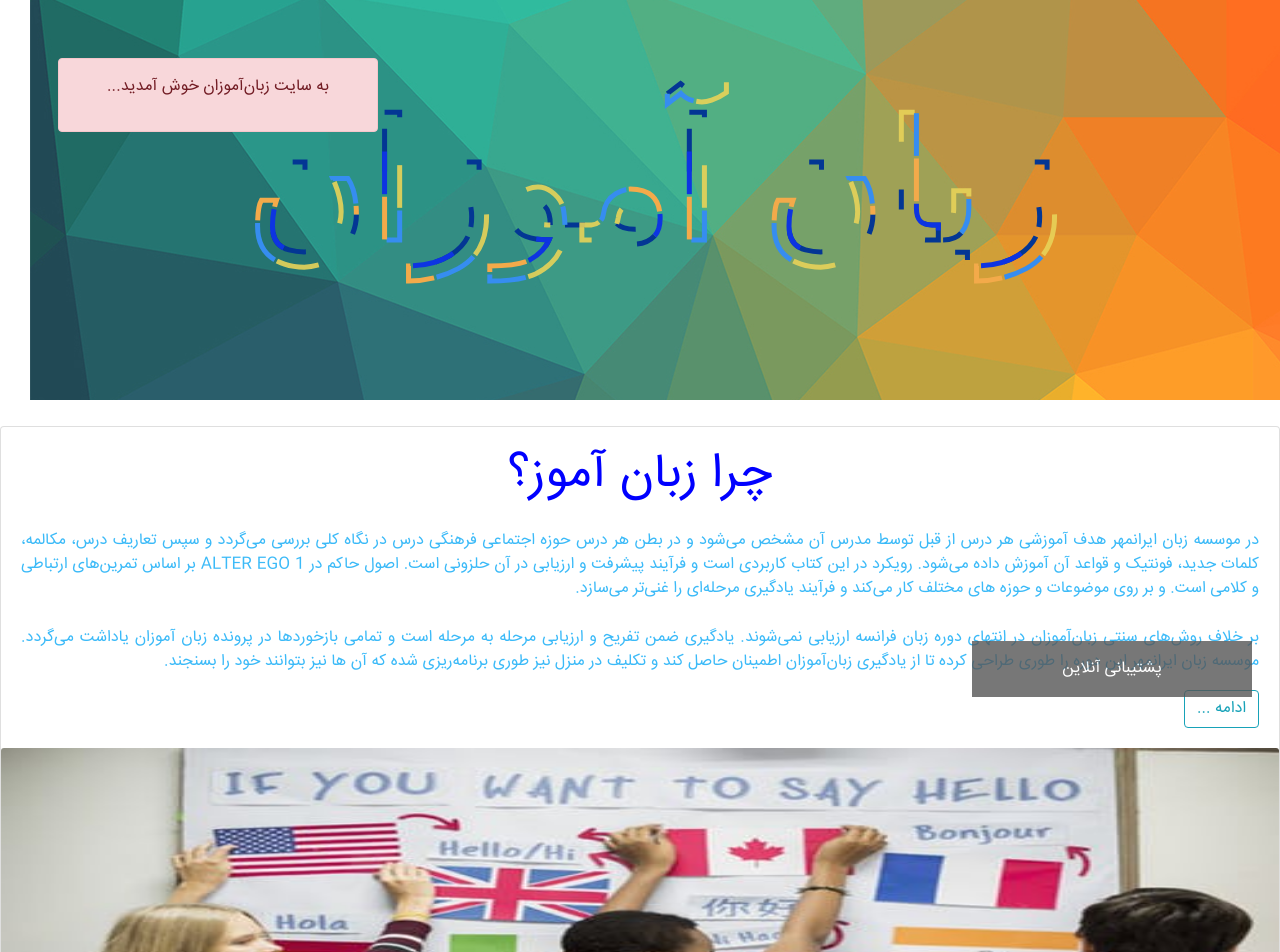
Repository: nikmahla/ZabanAmozan
Page: LanguageWebSite.html
These files come from the project's save history. The page is drawn as it stood at one moment and after a run of saves; the edit follows.
The browser window is 1280 px wide. The pictures show the part of the page from y = 0 to 952 px (the page is 3961 px tall).
A picture or video elsewhere on the page could not be fetched, so the positions and the page height are approximate.

Above is the page before, as saved 2019-10-11 21:58:59.

### LanguageWebSite.html
<html lang="en">

<head>
    <meta charset="UTF-8">
    <meta name="viewport" content="width=device-width, initial-scale=1.0">
    <meta http-equiv="X-UA-Compatible" content="ie=edge">
    <link rel="stylesheet" href="css/bootstrap.css">
    <link rel="stylesheet" href="css/stylesheet.css">
    <link rel="shortcut icon" href="images/fav.jpg" title="favicon">
    <script src="jquery.min.js"></script>
    <title>Learn New Language</title>
</head>

<body class="container-fluid">

    <div class="row bg-image">
        <svg viewBox="0 0 960 300">
            <symbol id="s-text">
                <text text-anchor="middle" x="50%" y="80%"> زبان آموزان</text>
            </symbol>

            <g class="g-ants">
                <use xlink:href="#s-text" class="text-copy"></use>
                <use xlink:href="#s-text" class="text-copy"></use>
                <use xlink:href="#s-text" class="text-copy"></use>
                <use xlink:href="#s-text" class="text-copy"></use>
                <use xlink:href="#s-text" class="text-copy"></use>
            </g>
        </svg>
    </div>

    <div id="alert" class="alert alert-danger p-3 m-5">
        <p class="text-center">به سایت زبان‌آموزان خوش آمدید...</p>
    </div>

    <div class="row">
        <div class="card  " style="margin-top: 2%">
            <div class="card-body">
                <h5 class="card-title card-title-me"> چرا زبان آموز؟ </h5>
                <p class="card-body-me">در موسسه زبان ایرانمهر هدف آموزشی هر درس از قبل توسط مدرس آن مشخص می‌شود و در
                    بطن هر
                    درس حوزه اجتماعی فرهنگی درس در نگاه کلی بررسی می‌گردد و سپس تعاریف درس، مکالمه، کلمات جدید، فونتیک و
                    قواعد آن آموزش داده می‌شود. رویکرد در این کتاب کاربردی است و فرآیند پیشرفت و ارزیابی در آن حلزونی
                    است.
                    اصول حاکم در ALTER EGO 1 بر اساس تمرین‌های ارتباطی و کلامی است. و بر روی موضوعات و حوزه های مختلف
                    کار
                    می‌کند و فرآیند یادگیری مرحله‌‌ای را غنی‌تر می‌سازد.</p>
                <p class="card-body-me">
                    بر خلاف روش‌های سنتی زبان‌آموزان در انتهای دوره زبان فرانسه ارزیابی نمی‌شوند. یادگیری ضمن تفریح و
                    ارزیابی مرحله به مرحله است و تمامی بازخوردها در پرونده زبان آموزان یاداشت می‌گردد. موسسه زبان
                    ایرانمهر
                    این دوره را طوری طراحی کرده تا از یادگیری زبان‌آموزان اطمینان حاصل کند و تکلیف در منزل نیز طوری
                    برنامه‌ریزی شده که آن ها نیز بتوانند خود را بسنجند.
                </p>
                <button type="button" class="btn btn-outline-info">ادامه ...</button>

            </div>
            <img src="./images/fl031.jpg" class="card-img-top card-img" alt="">
        </div>
    </div>


    <div class="row ">
        <div class="col-md-6">
            <div class="videoplay ">
                <video class="img-fluid" autoplay="" loop="" playsinline="" muted="">
                    <source type="video/mp4" src="images/class03.mp4">
                </video>
            </div>
        </div>
        <div class="col-md-6 ">
            <h3 class="text-class">
                1.زمان مد نظرتو انتخاب کن
            </h3>
        </div>
    </div>

    <div class="row ">
        <div class="col-md-6 ">
            <h3 class="text-class">
                2.کلاستو انتخاب کن
            </h3>
        </div>
        <div class="col-md-6">
            <div class="videoplay ">
                <video class="img-fluid" autoplay="" loop="" playsinline="" muted="">
                    <source type="video/mp4" src="images/class031.mp4">
                </video>
            </div>
        </div>
    </div>

    <div class="row ">
        <div class="col-md-6">
            <div class="videoplay ">
                <video class="img-fluid" autoplay="" loop="" playsinline="" muted="">
                    <source type="video/mp4" src="images/class033.mp4">
                </video>
            </div>
        </div>
        <div class="col-md-6 ">
            <h3 class="text-class">
                3. برو کلاس
            </h3>
        </div>
    </div>

    <div class="row" style="margin-top:2% ">
        <div class="card card-box" style="width:30%">
            <img class="card-img-top" src="./images/cl8.jpg" alt="Card image">
            <div class="card-body">
                <h4 class="card-title">دوره های آموزش زبان فرانسه متوسطه بزرگسالان</h4>
                <p class="card-text">دوره های فشرده نیمه گروهی ( 6 تا 8 نفره )</p>
                <a href="#" class="btn btn-primary">مشاهده</a>
            </div>
        </div>

        <div class="card card-box" style="width:30%">
            <img class="card-img-top" src="./images/cl9.jpg" alt="Card image">
            <div class="card-body">
                <h4 class="card-title">دوره آموزش زبان فرانسه پیش متوسطه کودکان</h4>
                <p class="card-text">دوره زبان فرانسه پیش متوسطه کودکان (+A2)</p>
                <a href="#" class="btn btn-primary">مشاهده</a>
            </div>
        </div>

        <div class="card card-box" style="width:30%">
            <img class="card-img-top" src="./images/cl10.jpg" alt="Card image">
            <div class="card-body">
                <h4 class="card-title">دوره زبان فرانسه پیشرفته بزرگسالان</h4>
                <p class="card-text">دوره زبان فرانسه پیش متوسطه</p>
                <a href="#" class="btn btn-primary">مشاهده</a>
            </div>
        </div>
    </div>



    <div class="row bg">
        <h3 class="h1-list" data-shadow='dang!'>کلاسهای پاییز</h3>
    </div>



    <table class="table table-hover table-me">
        <thead>
            <tr>
                <th scope="col">#</th>
                <th scope="col">روزهای هفته</th>
                <th scope="col">کلاس</th>
                <th scope="col">استاد</th>
                <th> انتخاب</th>
            </tr>
        </thead>
        <tbody>
            <tr>
                <th scope="row">1</th>
                <td>شنبه</td>
                <td>زبان فرانسه</td>
                <td>دکتر رضایی</td>
                <td>
                    <button type="button" class="btn btn-outline-warning">مشاهده</button>
                </td>


            </tr>
            <tr>
                <th scope="row">2</th>
                <td>یکشنبه</td>
                <td>زبان فرانسه</td>
                <td>دکتر رضایی</td>
                <td>
                    <button type="button" class="btn btn-outline-warning">مشاهده</button>
                </td>

            </tr>
            <tr>
                <th scope="row">3</th>
                <td>دوشنبه</td>
                <td>زبان فرانسه</td>
                <td>دکتر رضایی</td>
                <td>
                    <button type="button" class="btn btn-outline-warning">مشاهده</button>
                </td>

            </tr>
            <tr>
                <th scope="row">4</th>
                <td>سه شنبه</td>
                <td>زبان فرانسه</td>
                <td>دکتر رضایی</td>
                <td>
                    <button type="button" class="btn btn-outline-warning">مشاهده</button>
                </td>
            </tr>
            <tr>
                <th scope="row">5</th>
                <td>چهارشنبه</td>
                <td>زبان فرانسه</td>
                <td>دکتر رضایی</td>
                <td>
                    <button type="button" class="btn btn-outline-warning">مشاهده</button>
                </td>
            </tr>
            <tr>
                <th scope="row">6</th>
                <td>پنجشنبه</td>
                <td>زبان فرانسه</td>
                <td>دکتر رضایی</td>
                <td>
                    <button type="button" class="btn btn-outline-warning">مشاهده</button>
                </td>

            </tr>
            <tr>
                <th scope="row">7</th>
                <td>جمعه</td>
                <td>زبان فرانسه</td>
                <td>دکتر رضایی</td>
                <td>
                    <button type="button" class="btn btn-outline-warning">مشاهده</button>
                </td>

            </tr>
        </tbody>
    </table>


    <button class="open-button" onclick="openForm()">پشتیبانی آنلاین</button>

    <div class="chat-popup" id="myForm">
        <form action="/action_page.php" class="form-container">
            <h5 class="text-right"> پشتیبانی زبان‌آموزان </h5>

            <label for="msg"><b> در خدمت شماست:</b></label>
            <textarea placeholder="متن ارسالی ..." name="msg" required></textarea>

            <button type="submit" class="btn">ارسال</button>
            <button type="button" class="btn cancel" onclick="closeForm()">بستن</button>
        </form>
    </div>



    <footer class="footer container-fluid">
        <div class="footer-middle">
            <div class="">
                <div class="row">
                    <div class="col-md-6 col-sm-6  ">

                        <div class="footer-pad">
                            <h4>راه های ارتباطی</h4>
                            <ul class="list-unstyled">
                                <li><a href="#"></a></li>
                                <li><a href="#">شماره تماس</a></li>
                                <li><a href="#">مشاوره حضوری</a></li>
                                <li><a href="#">ادرس ایمیل</a></li>
                                <li><a href="#">شبکه اجتماعی</a></li>

                            </ul>
                        </div>
                    </div>


                    <div class="col-md-6 col-sm-6 ">

                        <div class="footer-pad">
                            <h4> خواندیها برای شما</h4>
                            <ul class="list-unstyled">
                                <li><a href="#"> معرفی دیشکنری </a></li>
                                <li><a href="#">معرفی فیلم</a></li>
                                <li><a href="#">معرفی نرم افزار</a></li>
                                <li><a href="#">معرفی داستان</a></li>
                                <li><a href="#">معرفی سایت</a></li>
                                <li>
                                    <a href="#"></a>
                                </li>
                            </ul>
                        </div>
                    </div>

                </div>
                <div class="row">
                    <div class="col-md-12 copy">
                        <p class="text-center">&copy; حقوق مادی و معنوی سایت محفوظ است.</p>
                    </div>
                </div>


            </div>
        </div>
    </footer>

    <script >
        function openForm() {
            document.getElementById("myForm").style.display = "block";
        }

        function closeForm() {
            document.getElementById("myForm").style.display = "none";
        }
        $(document).ready(function () {
            setTimeout(function () {
                $('#alert').slideDown('slow');
            }, 3000);
        })
    </script>

</body>

</html>

### css/stylesheet.css
@font-face {
    font-family: 'iransans';
    src: url('../fonts/iransans_medium.woff2') format('woff2');
    font-weight: bold;
}

@font-face {
    font-family: 'iransans';
    src: url('../fonts/iransans_regular.woff2') format('woff2');
    font-weight: normal;
}

@font-face {
    font-family: 'iransans';
    src: url('../fonts/iransans_ultralight.woff2') format('woff2');
    font-weight: 200;
}

body {
    direction: rtl;
    text-align: right;
    margin: 0;
    font-family: 'iransans', tahoma;
}

* {
    box-sizing: border-box;
}

.videoplay {
    margin-top: 20%;
    min-width: 100%;
    min-height: 100%;
}

.text-class {
    margin-top: 45% !important;
    text-align: center;
    color: #3bbaf8
}

.bg-image {
    background-image: url('../images/bgh.png');
    height: 25rem;
    width: 100%;
}

.header-text {
    background: #8383e2;
}

.card-text {
    text-align: center;
    color: #115374;
    margin-top: 2%;
}

.card-btn {
    margin-top: 2%;
    color: blue;
}

.card-box {
    margin: 1%;
    padding: 1%;
    text-align: center;
}

.card-title-me {
    text-align: center;
    color: blue;
    font-size: 3rem;
}

.card-body-me {
    color: #3bbaf8;
    margin-top: 2%;
    text-align: justify;
}

.card-img {
    height: 25rem;
}

svg {
    display: block;
    font: 10.5em 'Montserrat';
    width: 960px;
    height: 300px;
    margin: 0 auto;
}

.text-copy {
    fill: none;
    stroke: white;
    stroke-dasharray: 6% 29%;
    stroke-width: 5px;
    stroke-dashoffset: 0%;
    animation: stroke-offset 5.5s infinite linear;
}

.text-copy:nth-child(1) {
    stroke: rgb(3, 54, 148);
    animation-delay: -1;
}

.text-copy:nth-child(2) {
    stroke: #e7d258e7;
    animation-delay: -2s;
}

.text-copy:nth-child(3) {
    stroke: rgb(54, 141, 240);
    animation-delay: -3s;
}

.text-copy:nth-child(4) {
    stroke: rgb(243, 170, 74);
    animation-delay: -4s;
}

.text-copy:nth-child(5) {
    stroke: rgb(13, 52, 226);
    animation-delay: -5s;
}

@keyframes stroke-offset {
    100% {
        stroke-dashoffset: -35%;
    }
}

.bg {
    margin: 2rem 0 2rem 0;
    text-align: center;
    background-color: rgba(243, 93, 33, 0.849);
}

.h1-list {
    margin-right: 20%;
    display: inline-block;
    color: white;
    font-size: 9em;
    text-shadow: .03em .03em 0 rgb(235, 71, 6);
}

.table-me {
    margin: 1rem 0 1rem 0;
    overflow: hidden;
}

.bt-me {
    color: orangered;
}

footer {
    width: 100%;
    background: #16222A;
    background: -webkit-linear-gradient(59deg, #3A6073, #16222A);
    background: linear-gradient(59deg, #3A6073, #16222A);
    color: white;
    margin-top: 100px;
    text-align: center;
}

footer a {
    color: #fff;
    font-size: 14px;
    transition-duration: 0.2s;
    display: inline-block;
}

footer a:hover {
    color: #FA944B;
    text-decoration: none;
}

.copy {
    font-size: 12px;
    padding: 10px;
    border-top: 1px solid #FFFFFF;
}

.footer-middle {
    padding-top: 2em;
    color: white;
}

.open-button {
    background-color: #555;
    color: white;
    padding: 16px 20px;
    border: none;
    cursor: pointer;
    opacity: 0.8;
    position: fixed;
    bottom: 23px;
    right: 28px;
    width: 280px;
}

/* The popup chat - hidden by default */

.chat-popup {
    display: none;
    position: fixed;
    bottom: 0;
    right: 15px;
    border: 3px solid #f1f1f1;
    z-index: 9;
}

/* Add styles to the form container */

.form-container {
    max-width: 300px;
    padding: 10px;
    background-color: white;
}

/* Full-width textarea */

.form-container textarea {
    width: 100%;
    padding: 15px;
    margin: 5px 0 22px 0;
    border: none;
    background: #f1f1f1;
    resize: none;
    min-height: 200px;
}

/* When the textarea gets focus, do something */

.form-container textarea:focus {
    background-color: #ddd;
    outline: none;
}

/* Set a style for the submit/send button */

.form-container .btn {
    background-color: #4CAF50;
    color: white;
    padding: 16px 20px;
    border: none;
    cursor: pointer;
    width: 100%;
    margin-bottom: 10px;
    opacity: 0.8;
}

/* Add a red background color to the cancel button */

.form-container .cancel {
    background-color: red;
}

/* Add some hover effects to buttons */

.form-container .btn:hover, .open-button:hover {
    opacity: 1;
}

#alert {
    position: fixed;
    top: 10px;
    left: 10px;
    width: 25%;
    display: none;
}

Loaded but not shown: css/bootstrap.css (library); node_modules/jquery/dist/jquery.min.js (library)

After the next 3 saves:
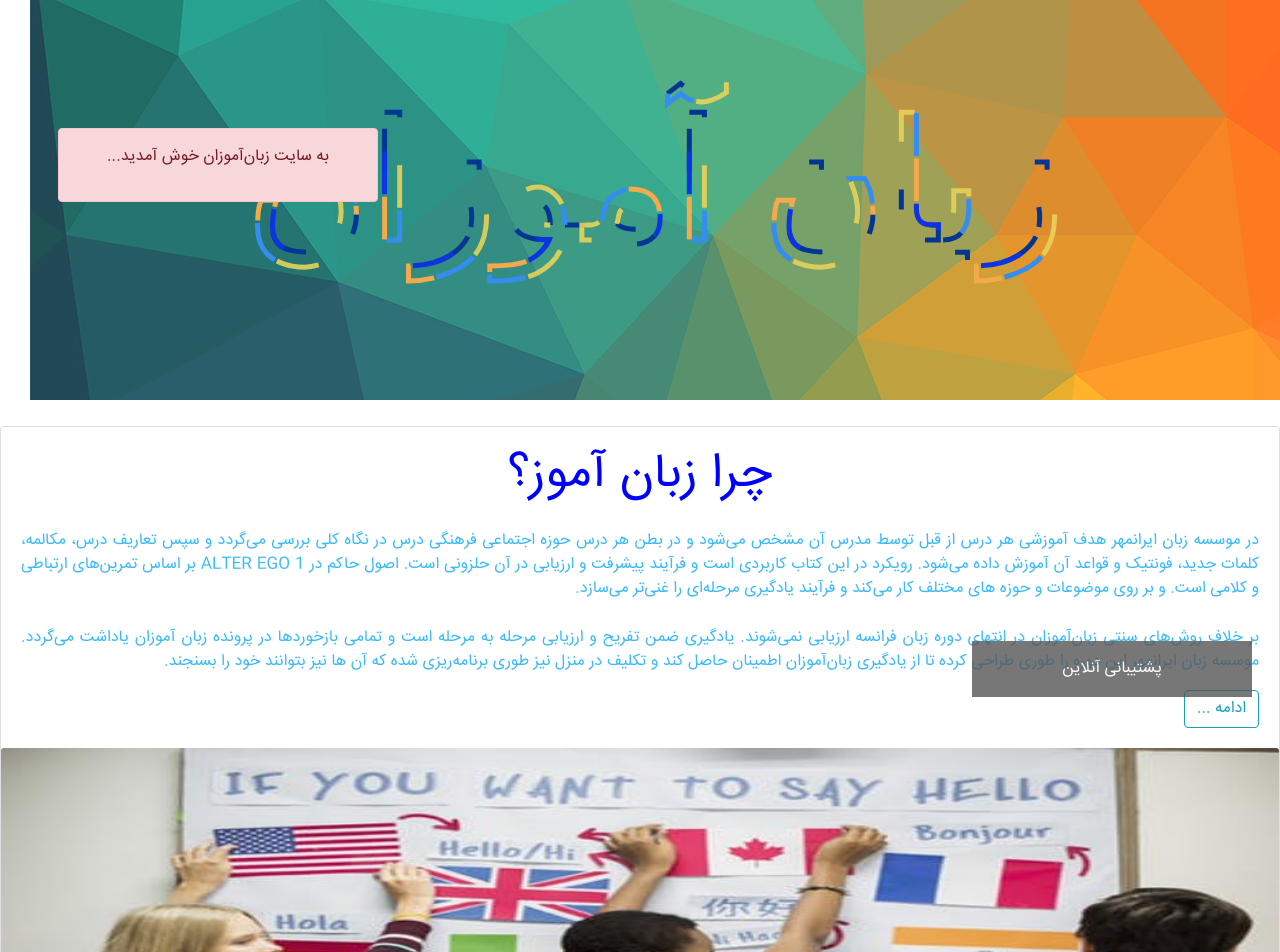
The 3 saves are shown as one change because they came seconds apart.
The last was saved 37 s later.
--- a/css/stylesheet.css
+++ b/css/stylesheet.css
@@ -264,7 +264,7 @@ footer a:hover {
 
 #alert {
     position: fixed;
-    top: 10px;
+    top: 5rem;
     left: 10px;
     width: 25%;
     display: none;
